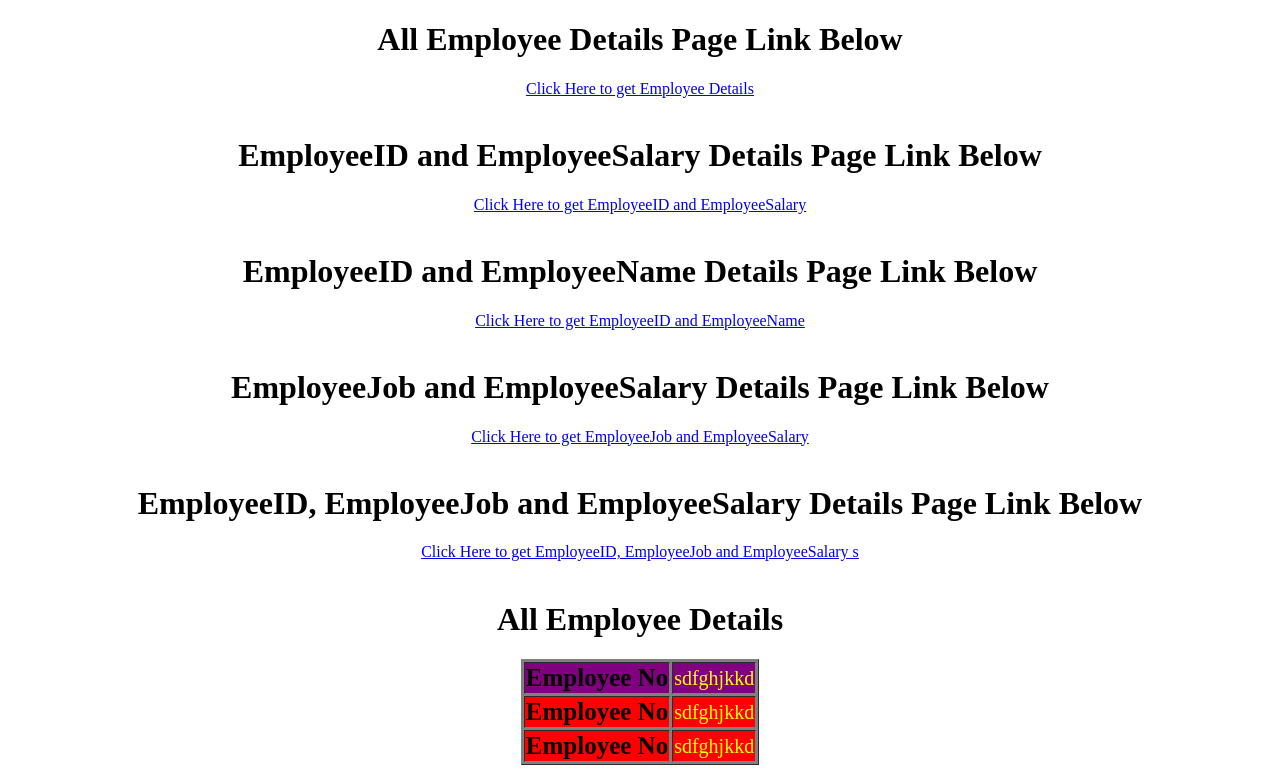
Repository: RhutujaBD/SpringMVCSession
Page: http://localhost/Spring-MVC-JDBCTemplate/WEB-INF/pages/home.jsp
An editor plug-in stored every save of this project. The page is shown before and after the next save, followed by the edit.
The browser window is 1280 px wide. The pictures show the whole page.
The page is served by Tomcat 9. Nobody is signed in. Other server files are loaded and not shown. The template is opened directly, without the code that normally fills it, so the values that code supplies are empty.

Above is the page before, as saved 2023-03-29 10:56:25.

### Spring-MVC-JDBCTemplate/src/main/webapp/WEB-INF/pages/home.jsp
<%@ page language="java" contentType="text/html; charset=ISO-8859-1"
	pageEncoding="ISO-8859-1"%>
<!DOCTYPE html>
<html>
<head>
<meta charset="ISO-8859-1">
<title>Insert title here</title>
</head>
<title>Employee Details</title>
<style>
      td{
        font-size: 20px;
        color: YELLOW;
        font-family: Times New Roman;
      }

      th{
        font-size: 25px;
        color: Black;
        font-family: ALGERIAN;
      }

    </style>
</head>
<body>
	<h1 align="center">All Employee Details Page Link Below</h1>
	<div align="center"><a href="list_employees.htm">Click Here to get Employee Details</a></div>
	<br />
	<h1 align="center">EmployeeID and EmployeeSalary Details Page Link Below</h1>
	<div align="center"><a href="list_id_sal.htm">Click Here to get EmployeeID and EmployeeSalary</a></div>
	<br />
	<h1 align="center">EmployeeID and  EmployeeName Details Page Link Below</h1>
	<div align="center"><a href="list_id_name.htm">Click Here to get EmployeeID and  EmployeeName</a></div>
	<br />
	<h1 align="center">EmployeeJob and EmployeeSalary Details Page Link Below</h1>
	<div align="center"><a href="list_job_sal.htm">Click Here to get EmployeeJob and EmployeeSalary</a></div>
	<br />
	<h1 align="center">EmployeeID, EmployeeJob and EmployeeSalary Details Page Link Below</h1>
	<div align="center"><a href="list_id_job_sal.htm">Click Here to get EmployeeID, EmployeeJob and EmployeeSalary s</a></div>
	<br />

	<h1 align="center">All Employee Details</h1>
	<table border="1" bgcolor="grey" align="center">

		<tr bgcolor="purple" bordercolor="black">

			<th>Employee No</th>
			<td>sdfghjkkd</td>


		</tr>

		<tr bgcolor="red" bordercolor="black">

			<th>Employee No</th>
			<td>sdfghjkkd</td>

		</tr>

		<tr bgcolor="red" bordercolor="black">

			<th>Employee No</th>
			<td>sdfghjkkd</td>
		</tr>

	</table>

</body>
</html>

After the next save:
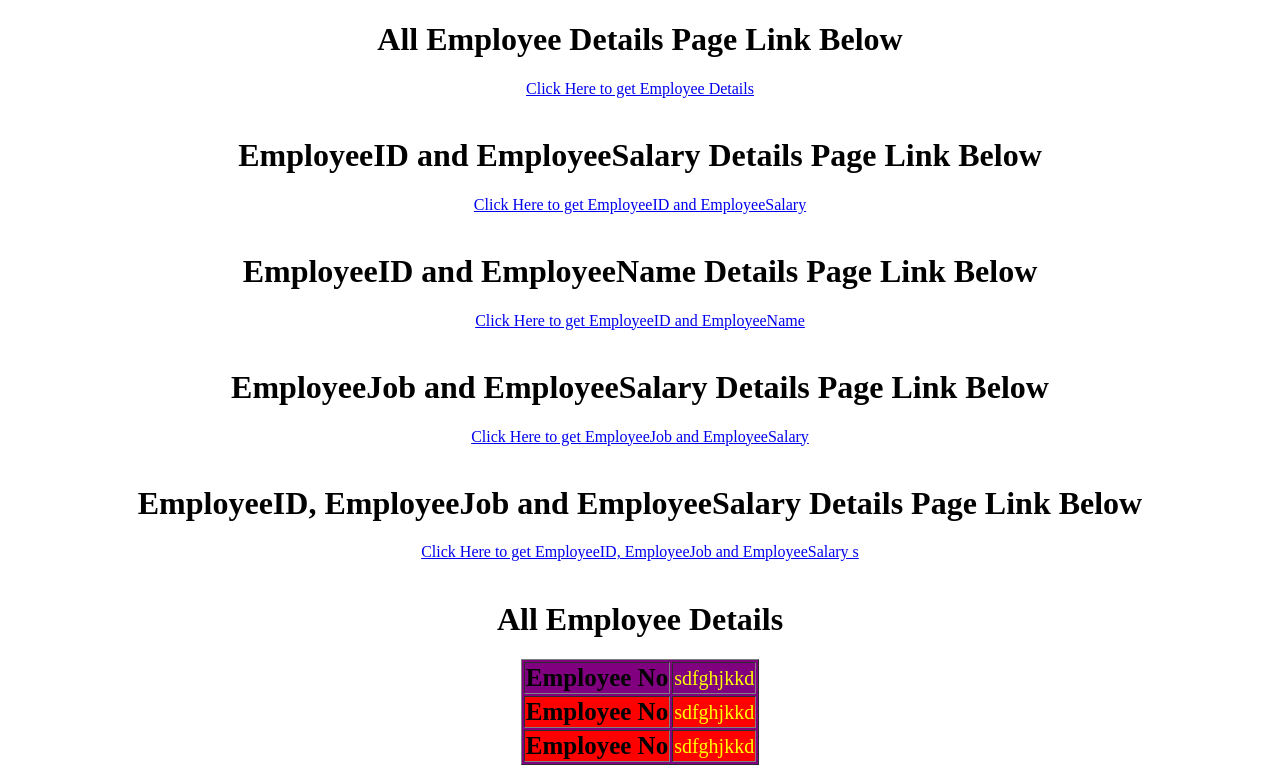
Saved 18 s later.
--- a/Spring-MVC-JDBCTemplate/src/main/webapp/WEB-INF/pages/home.jsp
+++ b/Spring-MVC-JDBCTemplate/src/main/webapp/WEB-INF/pages/home.jsp
@@ -40,7 +40,7 @@
 	<br />
 
 	<h1 align="center">All Employee Details</h1>
-	<table border="1" bgcolor="grey" align="center">
+	<table border="1" bgcolor="purple" align="center">
 
 		<tr bgcolor="purple" bordercolor="black">
 

After the save that followed:
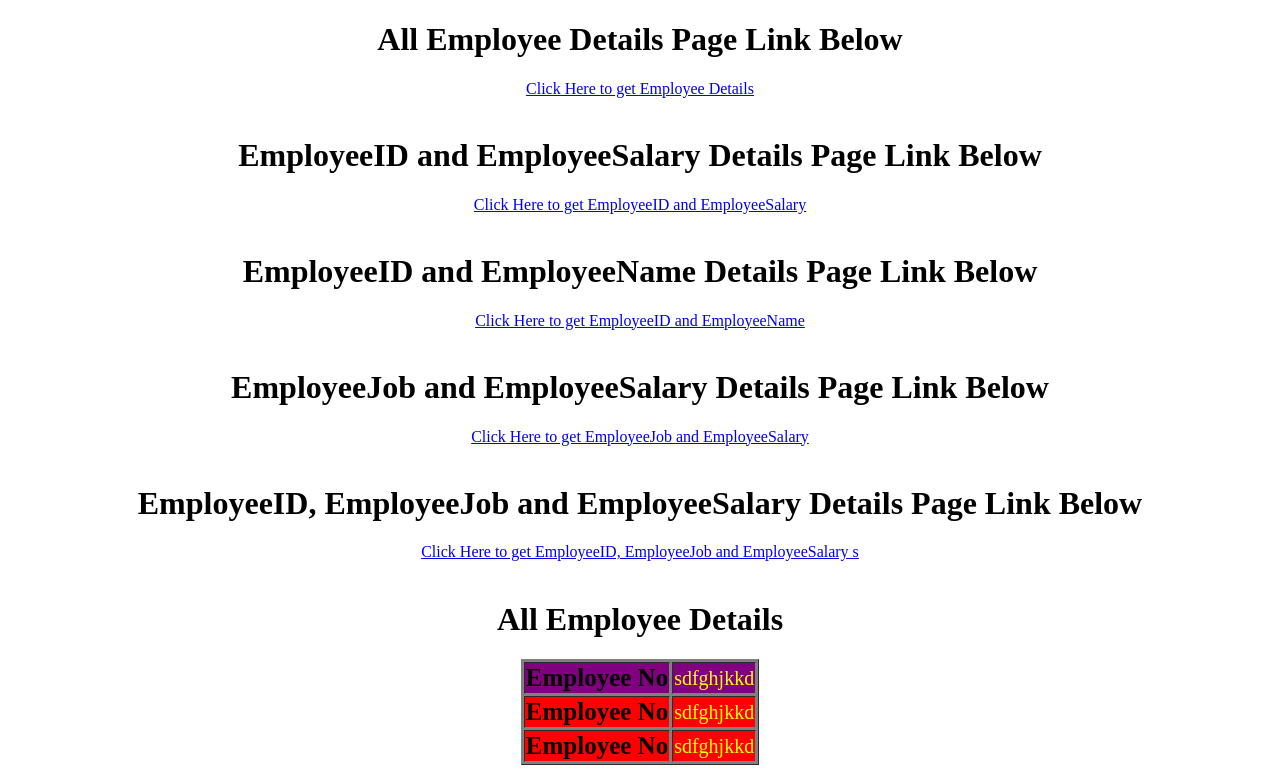
Saved 8 s later.
--- a/Spring-MVC-JDBCTemplate/src/main/webapp/WEB-INF/pages/home.jsp
+++ b/Spring-MVC-JDBCTemplate/src/main/webapp/WEB-INF/pages/home.jsp
@@ -40,7 +40,7 @@
 	<br />
 
 	<h1 align="center">All Employee Details</h1>
-	<table border="1" bgcolor="purple" align="center">
+	<table border="1" bgcolor="grey" align="center">
 
 		<tr bgcolor="purple" bordercolor="black">
 
